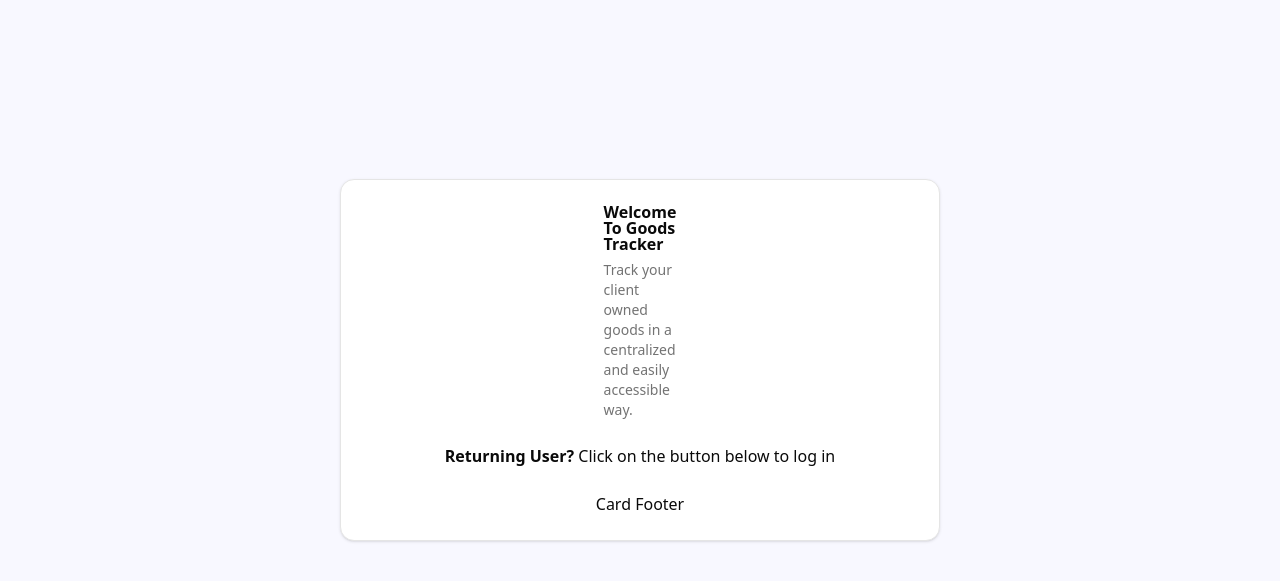
Repository: Renzo-Salosagcol/cog_tracker
Page: /
The author's editor kept a copy of each file at every save. The page is drawn from the files as they stood at one save, then again after the next save.
The browser window is 1280 px wide. The pictures show the whole page.
The project was rebuilt for these pictures with package versions that can differ from the ones it lists, and the page was loaded fresh each time. The framework's server and built-in components were replaced by stand-ins that run in the browser. Also part of the build but not shown: next.config.ts.

Above is the page before, as saved 2025-12-17 14:18:28.

### app/layout.tsx
import type { Metadata } from "next";
import { Geist, Geist_Mono } from "next/font/google";
import "./globals.css";

const geistSans = Geist({
  variable: "--font-geist-sans",
  subsets: ["latin"],
});

const geistMono = Geist_Mono({
  variable: "--font-geist-mono",
  subsets: ["latin"],
});

export const metadata: Metadata = {
  title: "COG Tracker",
  description: "COG tracker created to track client owned goods in a centralized and easily accessible way",
};

export default function RootLayout({
  children,
}: Readonly<{
  children: React.ReactNode;
}>) {
  return (
    <html lang="en">
      <body
        className={`${geistSans.variable} ${geistMono.variable} antialiased`}
      >
        {children}
      </body>
    </html>
  );
}

### app/page.tsx
import {
  Card,
  CardAction,
  CardContent,
  CardDescription,
  CardFooter,
  CardHeader,
  CardTitle,
} from "@/components/ui/card"

export default function Home() {
  return (
    <div className="root-page-element bg-background">
      <Card className="*
        glassmorphism flex flex-cols-1 min-w-150 items-center justify-center">
        <CardHeader className="items-center justify-center">
          <CardTitle>Welcome To Goods Tracker</CardTitle>
          <CardDescription>Track your client owned goods in a centralized and easily accessible way.</CardDescription>
        </CardHeader>
        <CardContent>
          <p>
            <span className="font-bold">Returning User? </span>
            Click on the button below to log in
          </p>
        </CardContent>
        <CardFooter>
          <p>Card Footer</p>
        </CardFooter>
      </Card>
    </div>
  );
}

### app/globals.css
@import "tailwindcss";
@import "tw-animate-css";

@custom-variant dark (&:is(.dark *));

@theme inline {
  --radius-sm: calc(var(--radius) - 4px);
  --radius-md: calc(var(--radius) - 2px);
  --radius-lg: var(--radius);
  --radius-xl: calc(var(--radius) + 4px);
  --radius-2xl: calc(var(--radius) + 8px);
  --radius-3xl: calc(var(--radius) + 12px);
  --radius-4xl: calc(var(--radius) + 16px);
  --color-background: var(--background);
  --color-foreground: var(--foreground);
  --color-card: var(--card);
  --color-card-foreground: var(--card-foreground);
  --color-popover: var(--popover);
  --color-popover-foreground: var(--popover-foreground);
  --color-primary: var(--primary);
  --color-primary-foreground: var(--primary-foreground);
  --color-secondary: var(--secondary);
  --color-secondary-foreground: var(--secondary-foreground);
  --color-muted: var(--muted);
  --color-muted-foreground: var(--muted-foreground);
  --color-accent: var(--accent);
  --color-accent-foreground: var(--accent-foreground);
  --color-destructive: var(--destructive);
  --color-border: var(--border);
  --color-input: var(--input);
  --color-ring: var(--ring);
  --color-chart-1: var(--chart-1);
  --color-chart-2: var(--chart-2);
  --color-chart-3: var(--chart-3);
  --color-chart-4: var(--chart-4);
  --color-chart-5: var(--chart-5);
  --color-sidebar: var(--sidebar);
  --color-sidebar-foreground: var(--sidebar-foreground);
  --color-sidebar-primary: var(--sidebar-primary);
  --color-sidebar-primary-foreground: var(--sidebar-primary-foreground);
  --color-sidebar-accent: var(--sidebar-accent);
  --color-sidebar-accent-foreground: var(--sidebar-accent-foreground);
  --color-sidebar-border: var(--sidebar-border);
  --color-sidebar-ring: var(--sidebar-ring);
}

:root {
  --radius: 0.625rem;
  --background: #f8f8ff; /* Ghost White */
  --foreground: #080808; /* Vampire Black */
  --card: oklch(1 0 0);
  --card-foreground: oklch(0.145 0 0);
  --popover: oklch(1 0 0);
  --popover-foreground: oklch(0.145 0 0);
  --primary: oklch(0.205 0 0);
  --primary-foreground: oklch(0.985 0 0);
  --secondary: oklch(0.97 0 0);
  --secondary-foreground: oklch(0.205 0 0);
  --muted: oklch(0.97 0 0);
  --muted-foreground: oklch(0.556 0 0);
  --accent: oklch(0.97 0 0);
  --accent-foreground: oklch(0.205 0 0);
  --destructive: oklch(0.577 0.245 27.325);
  --border: oklch(0.922 0 0);
  --input: oklch(0.922 0 0);
  --ring: oklch(0.708 0 0);
  --chart-1: oklch(0.646 0.222 41.116);
  --chart-2: oklch(0.6 0.118 184.704);
  --chart-3: oklch(0.398 0.07 227.392);
  --chart-4: oklch(0.828 0.189 84.429);
  --chart-5: oklch(0.769 0.188 70.08);
  --sidebar: oklch(0.985 0 0);
  --sidebar-foreground: oklch(0.145 0 0);
  --sidebar-primary: oklch(0.205 0 0);
  --sidebar-primary-foreground: oklch(0.985 0 0);
  --sidebar-accent: oklch(0.97 0 0);
  --sidebar-accent-foreground: oklch(0.205 0 0);
  --sidebar-border: oklch(0.922 0 0);
  --sidebar-ring: oklch(0.708 0 0);
}

.dark {
  --background: #080808; /* Vampire Black */
  --foreground: #f8f8ff; /* Ghost White */
  --card: oklch(0.205 0 0);
  --card-foreground: oklch(0.985 0 0);
  --popover: oklch(0.205 0 0);
  --popover-foreground: oklch(0.985 0 0);
  --primary: oklch(0.922 0 0);
  --primary-foreground: oklch(0.205 0 0);
  --secondary: oklch(0.269 0 0);
  --secondary-foreground: oklch(0.985 0 0);
  --muted: oklch(0.269 0 0);
  --muted-foreground: oklch(0.708 0 0);
  --accent: oklch(0.269 0 0);
  --accent-foreground: oklch(0.985 0 0);
  --destructive: oklch(0.704 0.191 22.216);
  --border: oklch(1 0 0 / 10%);
  --input: oklch(1 0 0 / 15%);
  --ring: oklch(0.556 0 0);
  --chart-1: oklch(0.488 0.243 264.376);
  --chart-2: oklch(0.696 0.17 162.48);
  --chart-3: oklch(0.769 0.188 70.08);
  --chart-4: oklch(0.627 0.265 303.9);
  --chart-5: oklch(0.645 0.246 16.439);
  --sidebar: oklch(0.205 0 0);
  --sidebar-foreground: oklch(0.985 0 0);
  --sidebar-primary: oklch(0.488 0.243 264.376);
  --sidebar-primary-foreground: oklch(0.985 0 0);
  --sidebar-accent: oklch(0.269 0 0);
  --sidebar-accent-foreground: oklch(0.985 0 0);
  --sidebar-border: oklch(1 0 0 / 10%);
  --sidebar-ring: oklch(0.556 0 0);
}

@layer base {
  * {
    @apply border-border outline-ring/50;
  }
  body {
    @apply bg-background text-foreground;
  }
}

@utility root-page-element {
  @apply min-h-screen flex flex-col items-center justify-center;
}

@utility glassmorphism {
  @apply bg-background/70 backdrop-blur-lg
}

### components/ui/card.tsx
import * as React from "react"

import { cn } from "@/lib/utils"

function Card({ className, ...props }: React.ComponentProps<"div">) {
  return (
    <div
      data-slot="card"
      className={cn(
        "bg-card text-card-foreground flex flex-col gap-6 rounded-xl border py-6 shadow-sm",
        className
      )}
      {...props}
    />
  )
}

function CardHeader({ className, ...props }: React.ComponentProps<"div">) {
  return (
    <div
      data-slot="card-header"
      className={cn(
        "@container/card-header grid auto-rows-min grid-rows-[auto_auto] items-start gap-2 px-6 has-data-[slot=card-action]:grid-cols-[1fr_auto] [.border-b]:pb-6",
        className
      )}
      {...props}
    />
  )
}

function CardTitle({ className, ...props }: React.ComponentProps<"div">) {
  return (
    <div
      data-slot="card-title"
      className={cn("leading-none font-semibold", className)}
      {...props}
    />
  )
}

function CardDescription({ className, ...props }: React.ComponentProps<"div">) {
  return (
    <div
      data-slot="card-description"
      className={cn("text-muted-foreground text-sm", className)}
      {...props}
    />
  )
}

function CardAction({ className, ...props }: React.ComponentProps<"div">) {
  return (
    <div
      data-slot="card-action"
      className={cn(
        "col-start-2 row-span-2 row-start-1 self-start justify-self-end",
        className
      )}
      {...props}
    />
  )
}

function CardContent({ className, ...props }: React.ComponentProps<"div">) {
  return (
    <div
      data-slot="card-content"
      className={cn("px-6", className)}
      {...props}
    />
  )
}

function CardFooter({ className, ...props }: React.ComponentProps<"div">) {
  return (
    <div
      data-slot="card-footer"
      className={cn("flex items-center px-6 [.border-t]:pt-6", className)}
      {...props}
    />
  )
}

export {
  Card,
  CardHeader,
  CardFooter,
  CardTitle,
  CardAction,
  CardDescription,
  CardContent,
}

Loaded but not shown: lib/utils.ts (common file)

After the next save:
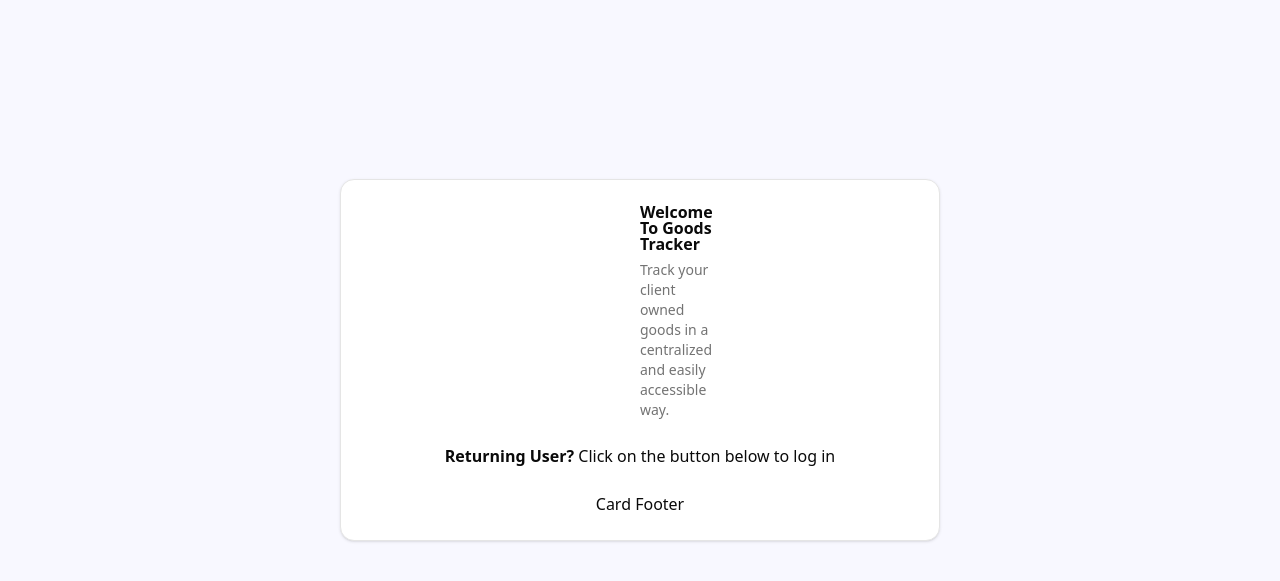
Saved 2 min 58 s later.
--- a/app/page.tsx
+++ b/app/page.tsx
@@ -13,7 +13,7 @@ export default function Home() {
     <div className="root-page-element bg-background">
       <Card className="*
         glassmorphism flex flex-cols-1 min-w-150 items-center justify-center">
-        <CardHeader className="items-center justify-center">
+        <CardHeader className="">
           <CardTitle>Welcome To Goods Tracker</CardTitle>
           <CardDescription>Track your client owned goods in a centralized and easily accessible way.</CardDescription>
         </CardHeader>
